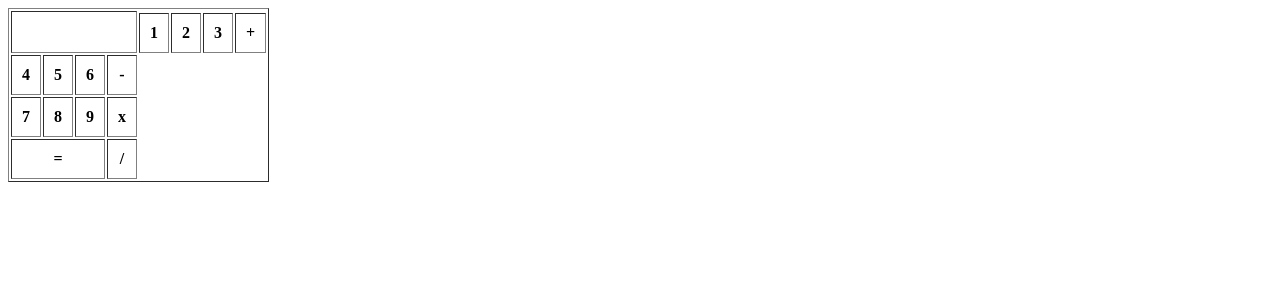
Repository: oUYUo/javaweb_and_javaBaseKnowLedge
Page: http://localhost/computer/
The author's editor kept a copy of each file at every save. The page is drawn from the files as they stood at one save, then again after the next save.
The browser window is 1280 px wide. The pictures show the whole page.
The page is served by Tomcat 9.

Above is the page before, as saved 2018-02-27 08:55:41.

After the next save:
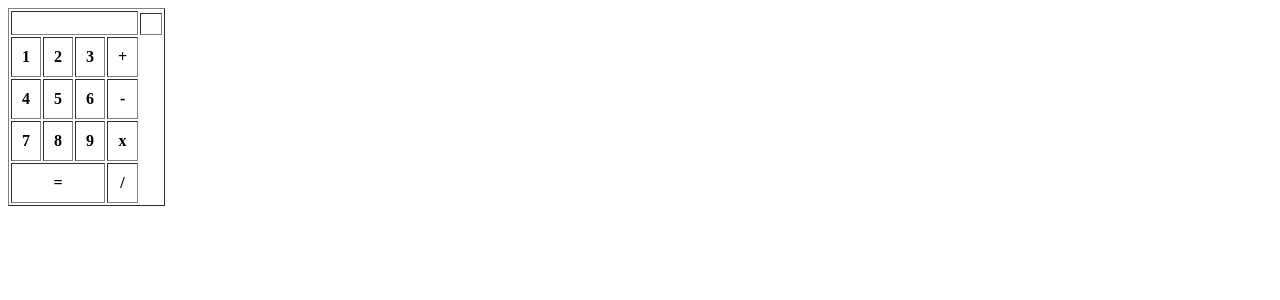
Saved 33 s later.
--- a/computer/WebContent/index.jsp
+++ b/computer/WebContent/index.jsp
@@ -11,7 +11,7 @@
   <tr>
   <td rowspan="2" colspan="4"></td>
   </tr>
-
+ 	<tr><th></th></tr>
   <tr>
     <th>1</th>
     <th>2</th>
